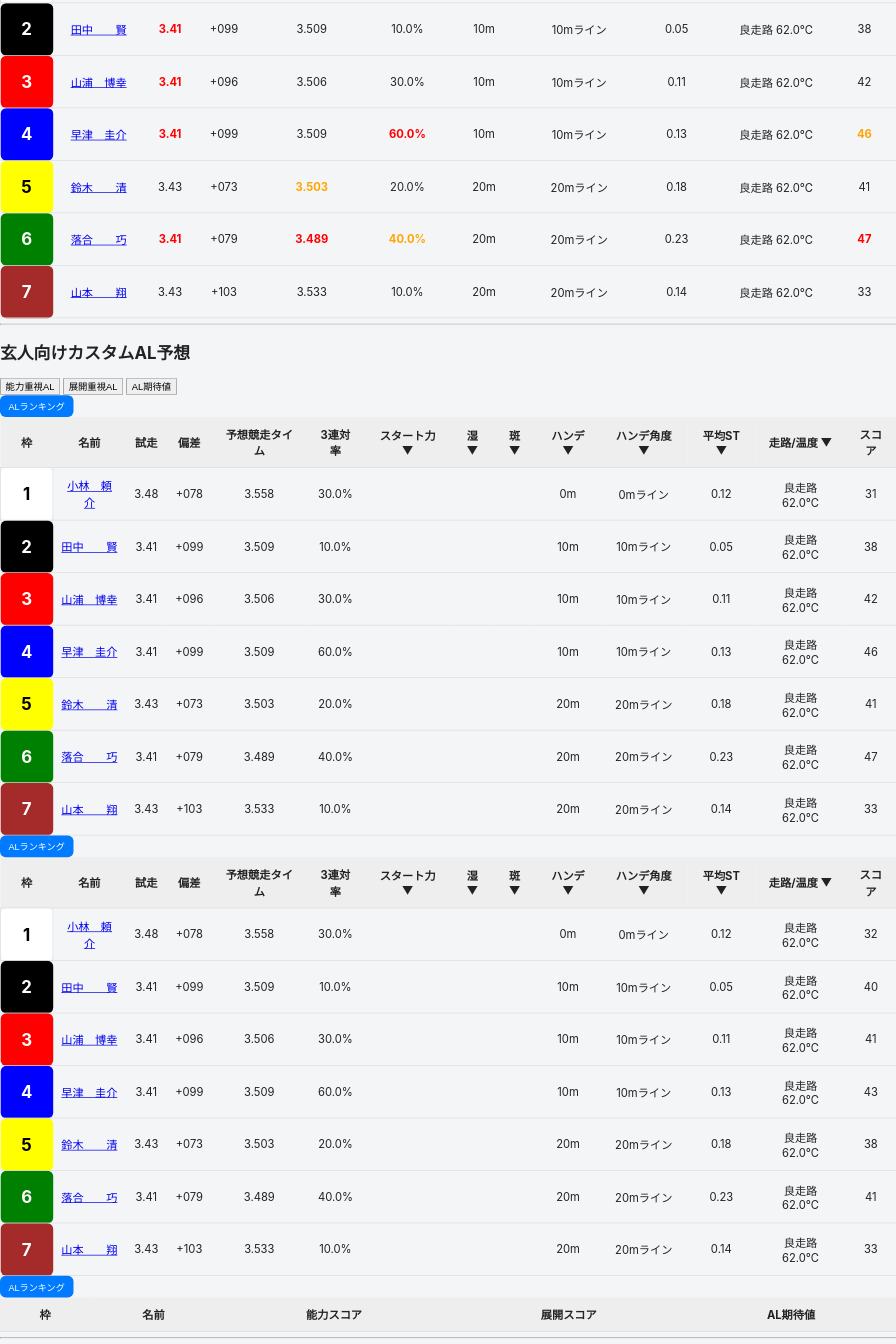
Repository: autorace-lab/Auto-Lab--main
Page: race.html
These files come from the project's save history. The page is drawn as it stood at one moment and after the next save; the edit follows.
The browser window is 1280 px wide. The pictures show the part of the page from y = 712 to 2632 px (the page is 2632 px tall before and 2003 px after), at 70% of full size.

Above is the page before, as saved 2026-08-07 22:51:38.

After the next save:
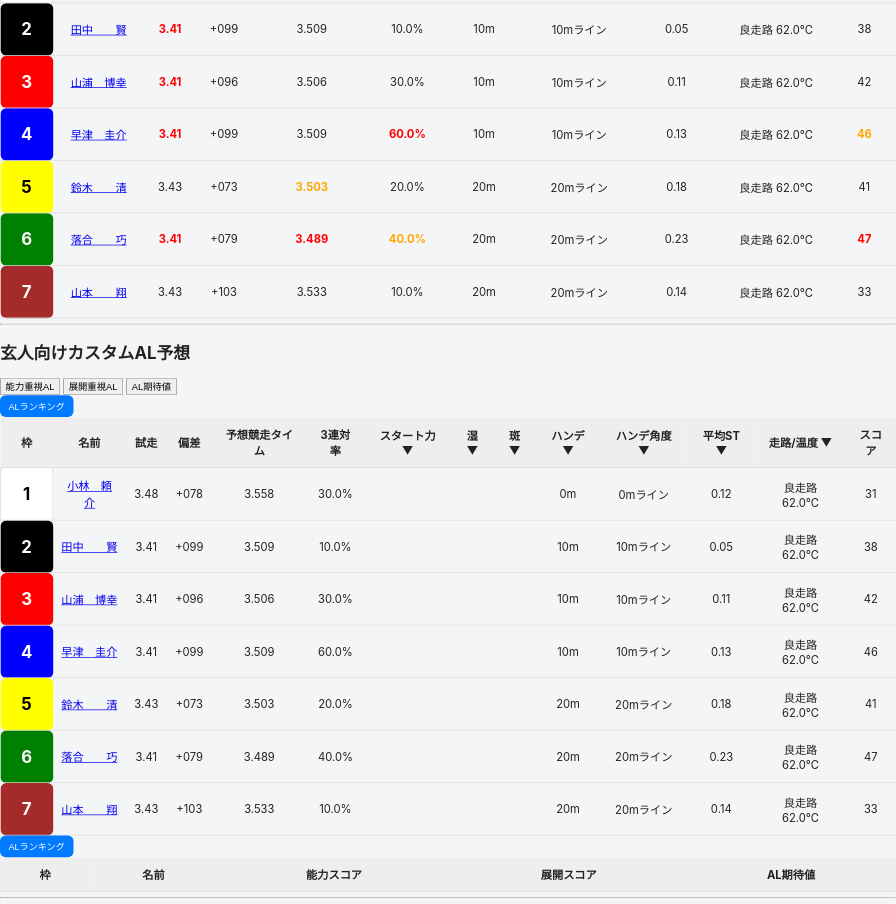
Saved 22 s later.
--- a/race.html
+++ b/race.html
@@ -476,7 +476,9 @@ onclick="toggleHandicapAngle()">
 
 </div>
 
-<div id="customDevelopment" class="custom-al-page">
+<div id="customDevelopment"
+class="custom-al-page"
+style="display:none;">
   <button class="rank-btn"
 id="customDevelopmentRankBtn"
 onclick="toggleCustomDevelopmentRank()">
